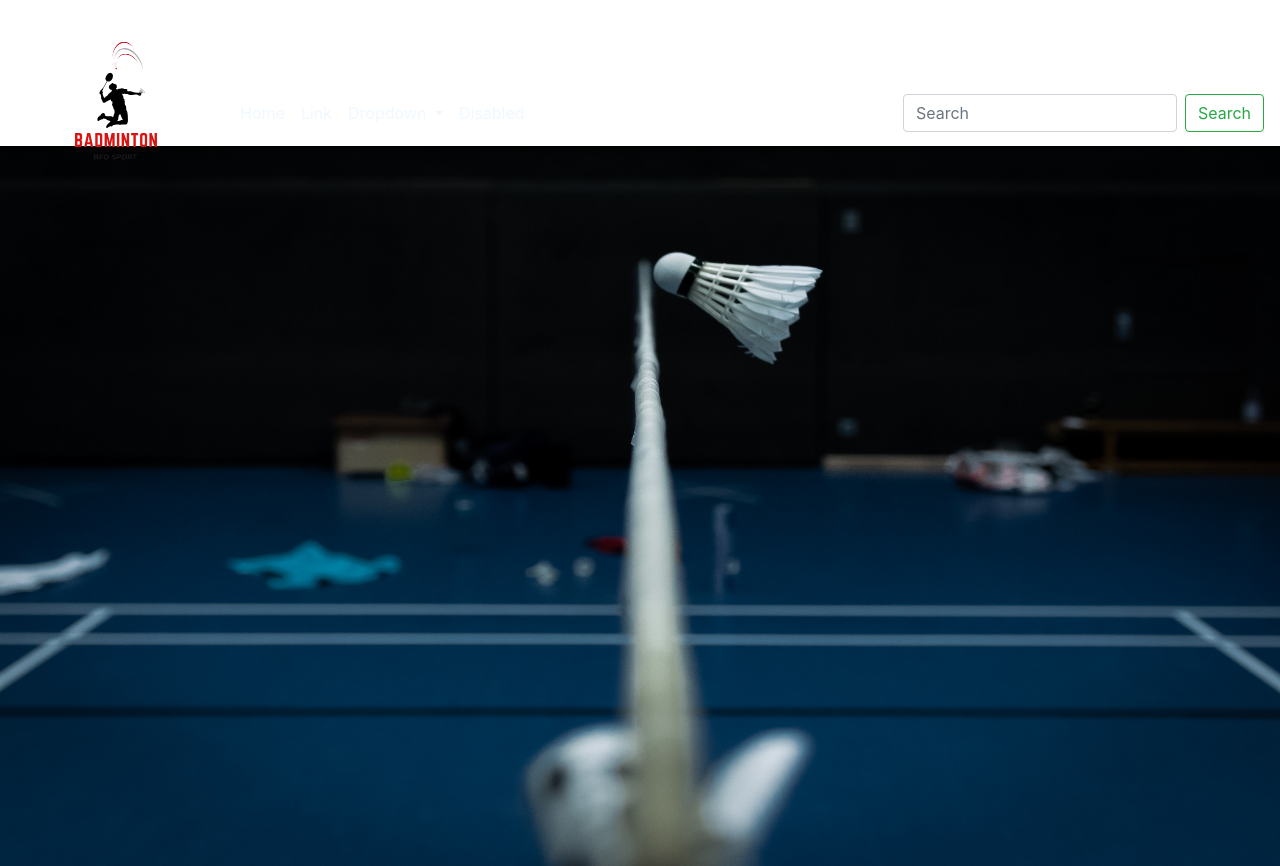
Repository: tsthuy/Badminton
Page: index.html
The author's editor kept a copy of each file at every save. The page is drawn from the files as they stood at one save, then again after the next save.
The browser window is 1280 px wide. The pictures show the whole page.
Some web libraries are served in a nearby version.

Above is the page before, as saved 2023-10-13 20:10:27.

### index.html
<!DOCTYPE html>
<html lang="en">
<head>
    <meta charset="UTF-8">
    <meta name="viewport" content="width=device-width, initial-scale=1.0">
    <link rel="stylesheet" href="https://cdn.jsdelivr.net/npm/bootstrap@4.0.0/dist/css/bootstrap.min.css" integrity="sha384-Gn5384xqQ1aoWXA+058RXPxPg6fy4IWvTNh0E263XmFcJlSAwiGgFAW/dAiS6JXm" crossorigin="anonymous">
    <link rel="stylesheet" href="main.css">

    <title>Badminton</title>
</head>
<body>

<nav class="navbar navbar-expand-lg navbar-light bg-light " style="background-color: transparent !important;
">
  <a style="color: aliceblue;" class="navbar-brand" href="#"><img class="logo" src="./Image/sport center.svg" />
  </a>
  <button class="navbar-toggler" type="button" data-toggle="collapse" data-target="#navbarSupportedContent" aria-controls="navbarSupportedContent" aria-expanded="false" aria-label="Toggle navigation">
    <span class="navbar-toggler-icon"></span>
  </button>

  <div class="collapse navbar-collapse" id="navbarSupportedContent">
    <ul class="navbar-nav mr-auto">
      <li class="nav-item active">
        <a style="color: aliceblue;" class="nav-link" href="#">Home <span class="sr-only">(current)</span></a>
      </li>
      <li class="nav-item">
        <a style="color: aliceblue;" class="nav-link" href="#">Link</a>
      </li>
      <li class="nav-item dropdown">
        <a style="color: aliceblue;" class="nav-link dropdown-toggle" href="#" id="navbarDropdown" role="button" data-toggle="dropdown" aria-haspopup="true" aria-expanded="false">
          Dropdown
        </a>
        <div style="color: aliceblue;" class="dropdown-menu" aria-labelledby="navbarDropdown">
          <a class="dropdown-item" href="#">Action</a>
          <a class="dropdown-item" href="#">Another action</a>
          <div class="dropdown-divider"></div>
          <a class="dropdown-item" href="#">Something else here</a>
        </div>
      </li>
      <li class="nav-item">
        <a style="color: aliceblue;" class="nav-link disabled" href="#">Disabled</a>
      </li>
    </ul>
    <form class="form-inline my-2 my-lg-0">
      <input class="form-control mr-sm-2" type="search" placeholder="Search" aria-label="Search">
      <button class="btn btn-outline-success my-2 my-sm-0" type="submit">Search</button>
    </form>
  </div>
</nav>
   <div class="background_cover">

    <img class="bg_img" src="./Image/stephan-rothe-VePgmkq3hHI-unsplash.jpg" alt="" style=" margin-top: -80px; height: 100vh; width: 100%;">
   </div>

</body>

<script src="https://code.jquery.com/jquery-3.2.1.slim.min.js" integrity="sha384-KJ3o2DKtIkvYIK3UENzmM7KCkRr/rE9/Qpg6aAZGJwFDMVNA/GpGFF93hXpG5KkN" crossorigin="anonymous"></script>
<script src="https://cdn.jsdelivr.net/npm/popper.js@1.12.9/dist/umd/popper.min.js" integrity="sha384-ApNbgh9B+Y1QKtv3Rn7W3mgPxhU9K/ScQsAP7hUibX39j7fakFPskvXusvfa0b4Q" crossorigin="anonymous"></script>
<script src="https://cdn.jsdelivr.net/npm/bootstrap@4.0.0/dist/js/bootstrap.min.js" integrity="sha384-JZR6Spejh4U02d8jOt6vLEHfe/JQGiRRSQQxSfFWpi1MquVdAyjUar5+76PVCmYl" crossorigin="anonymous"></script>
    </script>
</html>

### main.css
.logo
{
    width: 200px;

}

After the next save:
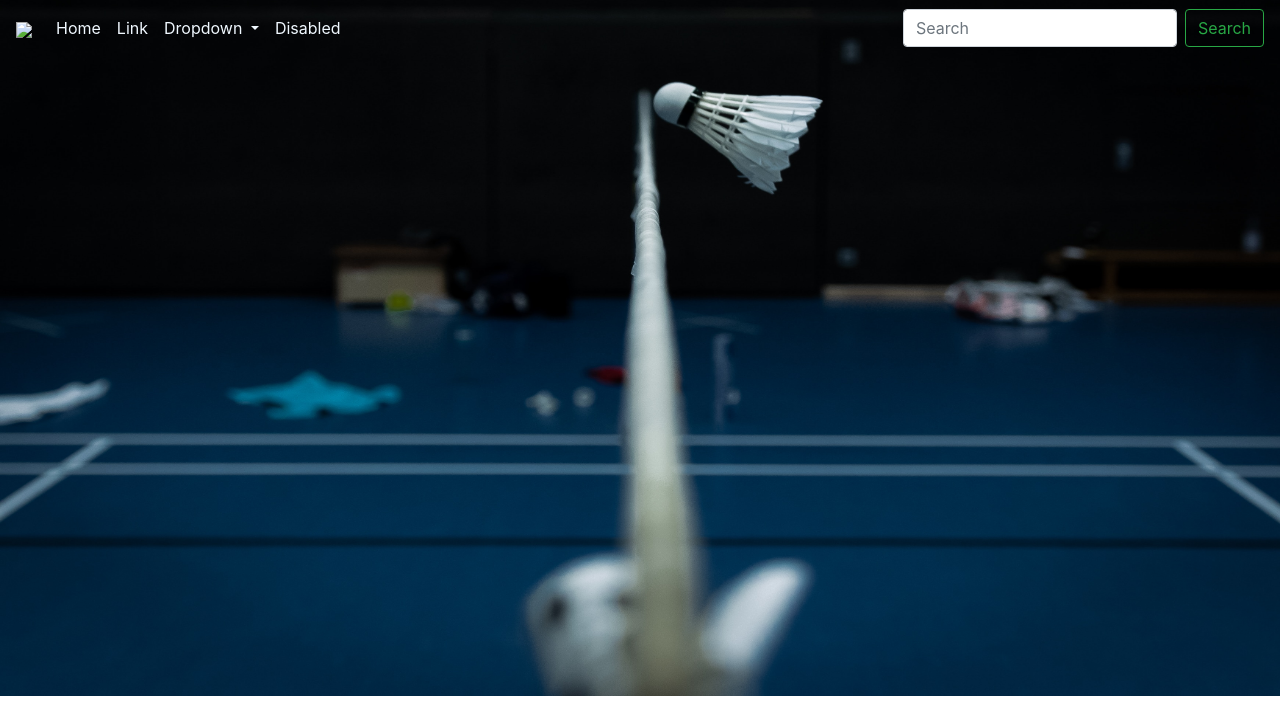
Not found: Image/sport center(1).svg
Saved 73 s later.
--- a/index.html
+++ b/index.html
@@ -12,7 +12,7 @@
 
 <nav class="navbar navbar-expand-lg navbar-light bg-light " style="background-color: transparent !important;
 ">
-  <a style="color: aliceblue;" class="navbar-brand" href="#"><img class="logo" src="./Image/sport center.svg" />
+  <a style="color: aliceblue;" class="navbar-brand" href="#"><img class="logo" src="./Image/sport center(1).svg" />
   </a>
   <button class="navbar-toggler" type="button" data-toggle="collapse" data-target="#navbarSupportedContent" aria-controls="navbarSupportedContent" aria-expanded="false" aria-label="Toggle navigation">
     <span class="navbar-toggler-icon"></span>

After the save that followed:
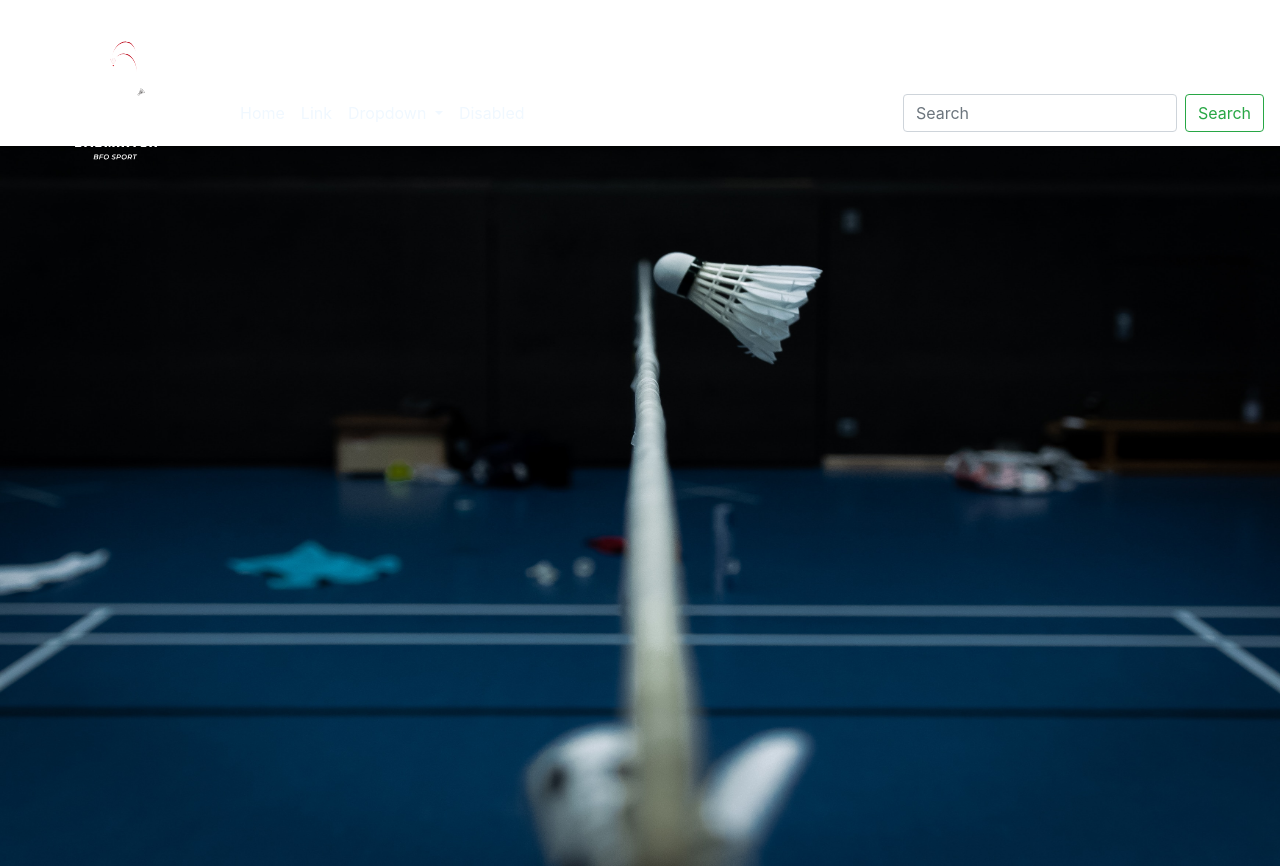
Saved 21 s later.
--- a/index.html
+++ b/index.html
@@ -12,7 +12,7 @@
 
 <nav class="navbar navbar-expand-lg navbar-light bg-light " style="background-color: transparent !important;
 ">
-  <a style="color: aliceblue;" class="navbar-brand" href="#"><img class="logo" src="./Image/sport center(1).svg" />
+  <a style="color: aliceblue;" class="navbar-brand" href="#"><img class="logo" src="./Image/sport center (1).svg" />
   </a>
   <button class="navbar-toggler" type="button" data-toggle="collapse" data-target="#navbarSupportedContent" aria-controls="navbarSupportedContent" aria-expanded="false" aria-label="Toggle navigation">
     <span class="navbar-toggler-icon"></span>
